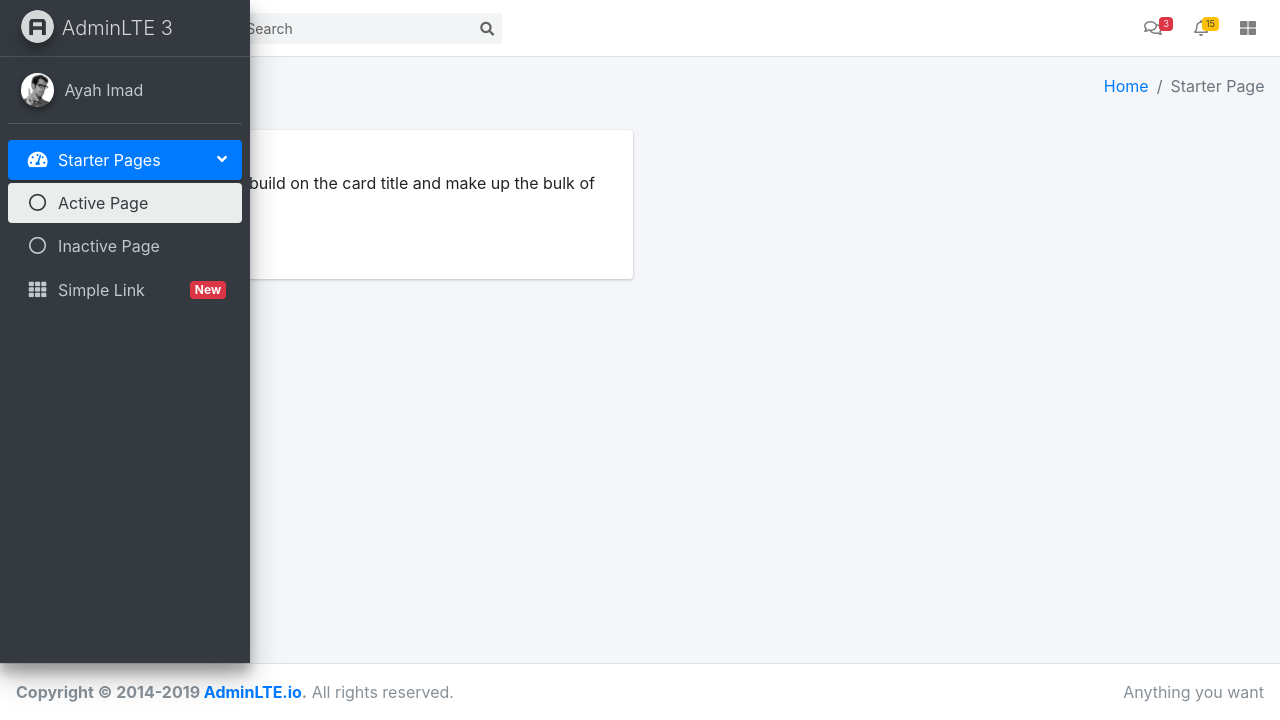
Repository: Abdaljawad-Aya/Django-Exercises
Page: polls/templates/polls/starter.html
The author's editor kept a copy of each file at every save. The page is drawn from the files as they stood at one save, then again after the next save.
The browser window is 1280 px wide. The pictures show the whole page.
Some web fonts or font styles are not loaded; a fallback is used. The page is served by the project's application, run on Django 3.2 (manage.py). The template is opened directly, without the code that normally fills it, so the values that code supplies are empty.

Above is the page before, as saved 2021-03-09 19:50:25.

After the next save:
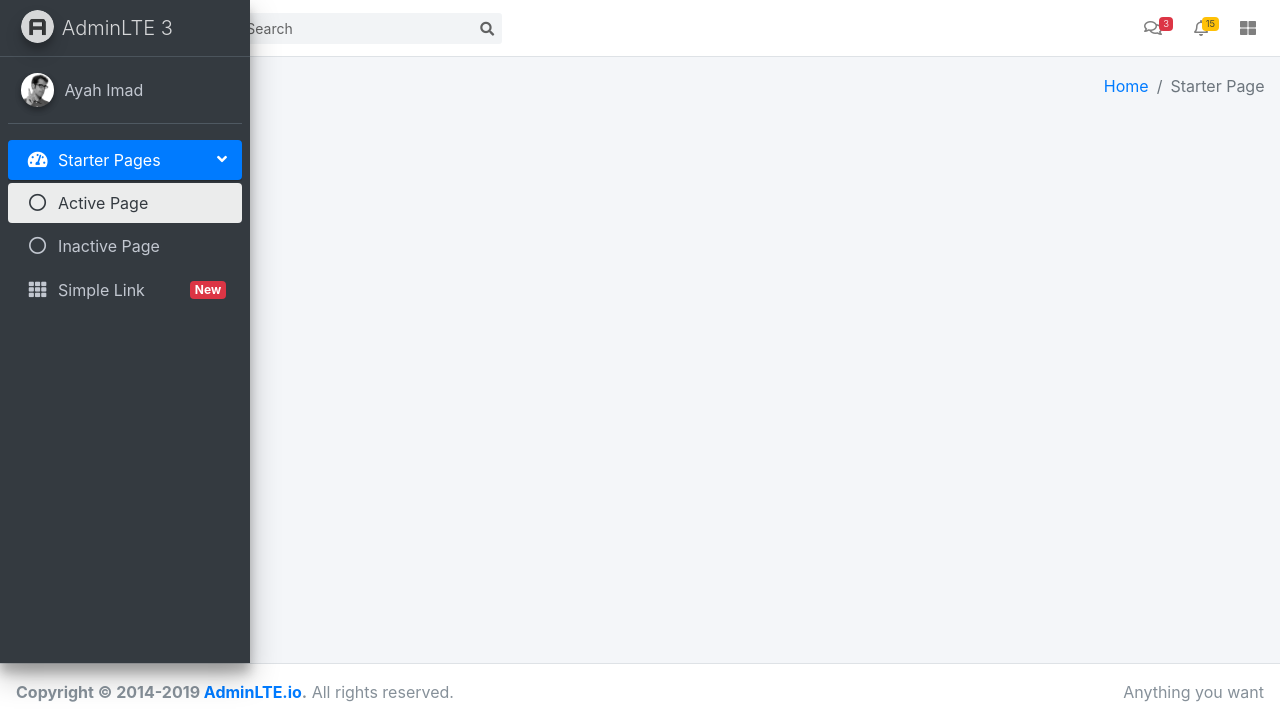
Saved 23 s later.
--- a/crudDj/DJ/polls/templates/polls/starter.html
+++ b/crudDj/DJ/polls/templates/polls/starter.html
@@ -236,7 +236,7 @@ scratch. This page gets rid of all links and provides the needed markup only.
         <div class="row">
           <div class="col-lg-6">
             <div class="card">
-              <div class="card-body">
+              {% comment %} <div class="card-body">
                 <h5 class="card-title">Card title</h5>
 
                 <p class="card-text">
@@ -246,7 +246,7 @@ scratch. This page gets rid of all links and provides the needed markup only.
 
                 <a href="#" class="card-link">Card link</a>
                 <a href="#" class="card-link">Another link</a>
-              </div>
+              </div> {% endcomment %}
             </div>
 
             {% comment %} <div class="card card-primary card-outline">
